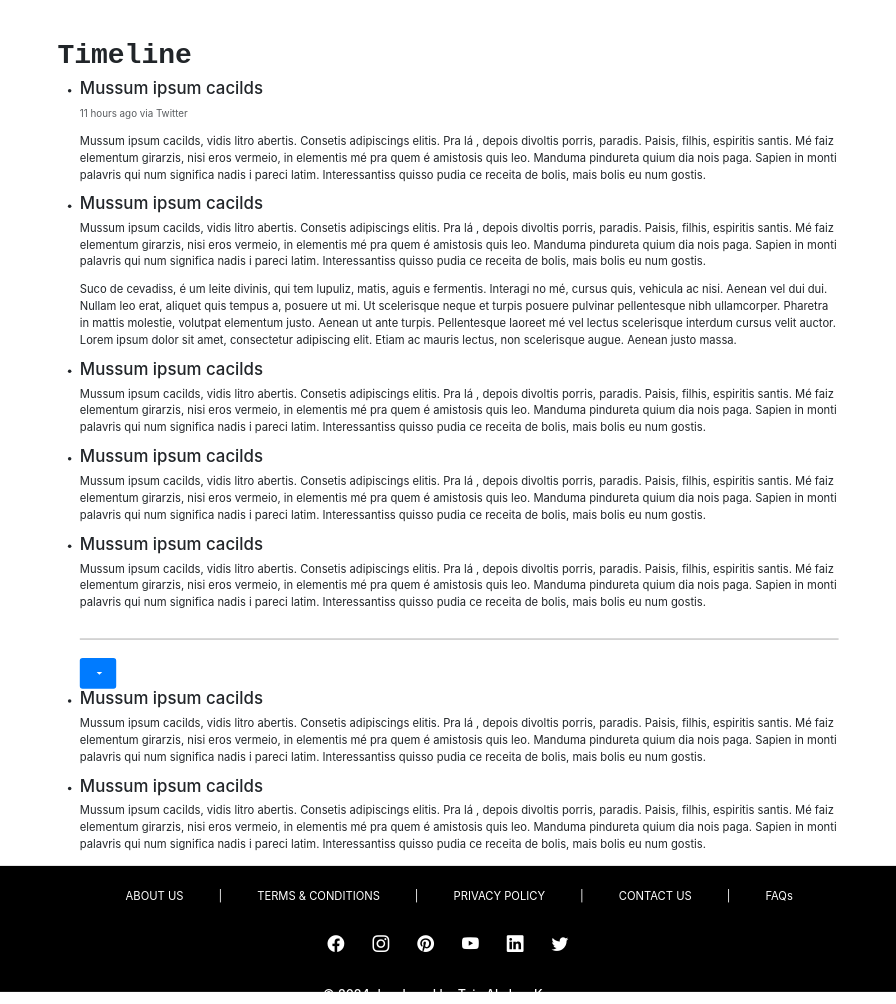
Repository: Tejaakshaykumar/MakeMyVita-Resume-Builder-Website
Page: / (app in frontend/)
These files come from the project's save history. The page is drawn as it stood at one moment and after the next save; the edit follows.
The browser window is 1280 px wide. The pictures show the part of the page from y = 0 to 1920 px (the page is 1434 px tall before and 2609 px after), at 70% of full size.
Some icons come from a web library that is not loaded, so they are not drawn. Some web fonts or font styles are not loaded; a fallback is used. Some web libraries are served in a nearby version. The project was rebuilt for these pictures with package versions that can differ from the ones it lists, and the page was loaded fresh each time. Also part of the build but not shown: frontend/src/App.css, frontend/src/containers/Navbar.js, frontend/src/containers/About.js, frontend/src/containers/Buildresume.js, frontend/src/containers/Images.js, frontend/src/containers/Features.js, frontend/src/containers/Review.js, frontend/src/containers/Trybox.js and 24 more.

Above is the page before, as saved 2024-06-16 23:15:17.

### frontend/public/index.html
<!DOCTYPE html>
<html lang="en">
  <head>
    <meta charset="utf-8" />
    <link rel="icon" href="../src/images/HubSpot Brand Kit (1)/Logo/JPEG/Favicon-32x32.jpeg" />
    <meta name="viewport" content="width=device-width, initial-scale=1" />
    <meta name="theme-color" content="#000000" />
    <meta
      name="description"
      content="Web site created using create-react-app"
    />
    <link rel="apple-touch-icon" href="../src/images/HubSpot Brand Kit (1)/Logo/JPEG/Favicon-32x32.jpeg" />
    <link rel="manifest" href="%PUBLIC_URL%/manifest.json" />
    <link rel="stylesheet" href="https://stackpath.bootstrapcdn.com/bootstrap/4.5.2/css/bootstrap.min.css">
  <link rel="stylesheet" href="https://stackpath.bootstrapcdn.com/font-awesome/4.7.0/css/font-awesome.min.css">
  <link href="https://cdn.jsdelivr.net/npm/bootstrap@5.3.3/dist/css/bootstrap.min.css" rel="stylesheet" integrity="sha384-QWTKZyjpPEjISv5WaRU9OFeRpok6YctnYmDr5pNlyT2bRjXh0JMhjY6hW+ALEwIH" crossorigin="anonymous">
  <link href="https://cdn.jsdelivr.net/npm/bootstrap-icons@1.7.2/font/bootstrap-icons.css" rel="stylesheet">
  <link rel="stylesheet" href="https://cdnjs.cloudflare.com/ajax/libs/bootstrap-icons/1.10.0/font/bootstrap-icons.min.css">
  <title>MakeMyVita</title>
  </head>
  <body>
    <noscript>You need to enable JavaScript to run this app.</noscript>
    <div id="root"></div>
  </body>
  <script src="https://cdn.jsdelivr.net/npm/bootstrap@5.3.3/dist/js/bootstrap.bundle.min.js" integrity="sha384-YvpcrYf0tY3lHB60NNkmXc5s9fDVZLESaAA55NDzOxhy9GkcIdslK1eN7N6jIeHz" crossorigin="anonymous"></script>
</html>

### frontend/src/containers/cont.css
/* navbar */
.custom-btn {
  color: white;
}
.custom-btn:hover {
  color: black;
  background-color: white;
}

.footer-container {
  height: 25vh;
  width: 100%;
  background-color: rgb(0, 0, 0);
  color: white;
  display: flex;
  flex-direction: column;
  align-items: center;
  /* padding-bottom: 3%; */
  /* justify-content: center; */
}

.footer-nav {
  display: flex;
  list-style: none;
  padding-top: 30px;
  margin: 0;
}

.footer-nav .nav-item {
  margin: 0 50px;
}

.footer-nav .nav-item .nav-link {
  color: white;
  text-decoration: none;
  /* text-transform: uppercase; */
  /* text-decoration: underline; */
}

.footer-nav .nav-item .nav-link:hover {
  text-decoration: underline;
}

.footer-copy {
  /* padding-top: 5%; */
  text-align: center;
  font-size: large;
  font-weight: 500;
  /* padding-bottom: 3%; */
}

.social-icons {
  display: flex;
  justify-content: center;
  gap: 40px;
  padding: 40px;
  /* background-color: #f0f0f0; */
}

.social-icons a {
  color: #ffffff;
  font-size: 24px;
  text-decoration: none;
}

.social-icons a:hover {
  color: #007bff;
}

/* Features */

.feature-component {
  height: 90vh;
  width: 100%;
  display: flex;
  justify-content: flex-start;
  flex-wrap: wrap;
  margin-top: 10%;
  padding-left: 8%;
  padding-right: 8%;
}
.feature {
  flex: 1 1 30%;
  box-sizing: border-box;
  padding: 20px;
  margin: 10px;
  text-align: center;
  background-color: #fff;
  border-radius: 8px;
  /* box-shadow: 0 4px 8px rgba(0, 0, 0, 0.1); */
}

.feature img {
  width: 60px;
  height:80px;
  margin-bottom: 10px;
}

.feature h3 {
  font-size: 1.5em;
  margin-bottom: 10px;
  font-weight: 500;
  font-family:'Franklin Gothic Medium', 'Arial Narrow', Arial, sans-serif;
}

.feature p {
  font-size: 1.3em;
  color: #666;
  font-weight: 400;
  font-family: 'Gill Sans', 'Gill Sans MT', Calibri, 'Trebuchet MS', sans-serif;
}

.feature:hover {
  background: linear-gradient(to right, #fd4908, #1e90ff);
  box-shadow: black;
  border-radius: 5%;
  color: rgb(255, 255, 255);
}

.feature:hover h3,
.feature:hover p {
  color: rgb(255, 255, 255);
}

/* About */
.resume-builder-container {
  display: flex;
  flex-direction: row;
  justify-content: space-between;
  align-items: center;
  padding: 10vh;
  /* background-color: #fff; */
  background: linear-gradient(to right, #84eefc, #ffffff, #ffffff);
  /* background:linear-gradient(to left, #00e1ff,#ffffff, #ffffff); */
  /* border: 1px solid #ddd; */
  /* border-radius: 8px; */
  /* box-shadow: 0 2px 4px rgba(0, 0, 0, 0.1); */
  height: 80vh;
}

.resume-builder-container1 {
  display: flex;
  flex-direction: row;
  justify-content: space-between;
  align-items: center;
  padding: 10vh;
  height: 80vh;
  background: linear-gradient(to top, #ffffff, #59CE8F,#E8F9FD, #ffffff);
}

/* .resume-builder-image {
    -webkit-mask-image: radial-gradient(circle, rgba(0, 0, 0, 1) 50%, rgba(0, 0, 0, 0) 90%);
    mask-image: radial-gradient(circle, rgba(0, 0, 0, 1) 50%, rgba(0, 0, 0, 0) 90%);
  }
   */
.resume-builder-content {
  max-width: 60%;
  padding: 10%;
}

.resume-builder-content1 {
  max-width: 70%;
  padding: 10%;
}

.resume-builder-content h1 {
  font-size: 4em;
  color: #333;
  margin-bottom: 10px;
  font-family: "Franklin Gothic Medium", "Arial Narrow", Arial, sans-serif;
  text-align: left;
}

.resume-builder-content p {
  font-size: 1.4em;
  font-weight: 400;
  color: #666;
  line-height: 1.5;
  margin-bottom: 20px;
  /* padding-left: 2%; */
  /* text-align: center; */
}

.resume-builder-content1 h1 {
  font-size: 4em;
  color: #333;
  margin-bottom: 10px;
  font-family: "Franklin Gothic Medium", "Arial Narrow", Arial, sans-serif;
  text-align: left;
}

.resume-builder-content1 p {
  font-size: 1.4em;
  font-weight: 400;
  color: #666;
  line-height: 1.5;
  margin-bottom: 20px;
  /* padding-left: 2%; */
  /* text-align: center; */
}

.aboutbutton {
  height: 6vh;
  width: 27%;
  margin-left: 20%;
  margin-top: 2%;
  text-align: center;
  font-weight: 500;
  border-radius: 7px;
  color: #ffffff;
  font-weight: 700;
  transition: background 0.3s ease;
  /* border-style:solid; */
  border-color: white;
  background: #3e14fc;
  box-shadow: 0 2px 6px rgba(24, 23, 23, 0.801);
  /* box-shadow: #3e14fc; */
}
.aboutbutton:hover {
  transition: background 0.3s ease;
  border-style: solid;
  background: linear-gradient(to right, #ffd000, #ff0000);
  box-shadow: #3e14fc;
}

.create-now-button {
  background-color: #00b0ff;
  color: #fff;
  border: none;
  padding: 10px 20px;
  font-size: 1em;
  border-radius: 5px;
  cursor: pointer;
}

.create-now-button:hover {
  background-color: #008cba;
}

.resume-builder-image {
  max-width: 40%;
}

.resume-builder-image img {
  max-width: 100%;
  height: auto;
  border-radius: 8px;
}

.text-gradient {
  background: linear-gradient(to right, #ff7f50, #1e90ff);
  -webkit-background-clip: text;
  -webkit-text-fill-color: transparent;
  background-clip: text;
  color: transparent;
}

.icon-container {
  width: 100%;
  height: 100px;
  overflow: hidden;
  white-space: nowrap;
  position: relative;
  background-color: #ffffff;
  padding-bottom: 25px;
}

.icons {
  display: inline-block;
  animation: moveIcons 40s linear infinite;
}

.icons img {
  font-size: 24px;
  margin: 0 15px; /* Add some margin between icons */
  color: #333;
  /* width: 100px; Adjust the size as needed */
  height: 50px;
}

@keyframes moveIcons {
  0% {
    transform: translateX(70%);
  }
  100% {
    transform: translateX(-100%);
  }
}

.try {
  height: 30vh;
  width: 100%;
  background-image: url("C:/Users/tejaa/Downloads/pexels-magda-ehlers-pexels-1279813.jpg");
  background-size: cover;
  align-items: center;
  display: flex;
  flex-direction: column;
  justify-content: center;
  margin-bottom: 7vh;
  margin-top: 5vh;
}

.try h2 {
  font-size: 280%;
  color: antiquewhite;
  text-shadow: 5px 5px 3px rgba(0, 0, 0, 0.3);
}
.try button {
  height: 4vh;
  width: 15%;
  font-weight: 700;
  border-radius: 5cm;
  color: blanchedalmond;
  border: #ffffff;
  background: linear-gradient(to right, #fd0808, #a51eff);
}

/* Review */
/* Styles for the main container */
/* Swiper specific styles */
/* #App {
  height: 100%;
}
html,
body {
  position: relative;
  height: 100%;
}

body {
  background: #eee;
  font-family: Helvetica Neue, Helvetica, Arial, sans-serif;
  font-size: 14px;
  color: #000;
  margin: 0;
  padding: 0;
} */
.swiper-container {
  /* position: relative; */
  height: 30vh;
  background: #ffffff;
  font-family: Helvetica Neue, Helvetica, Arial, sans-serif;
  font-size: 14px;
  color: #000;
  margin: 30px;
  padding: 10px;
  display: flex;
  flex-direction: row;
  justify-content: center;
}

.swiper {
  width: 100%;
  height: 100%;
}

.swiper-slide {
  text-align: center;
  font-size: 18px;
  background: #ffffff;
  display: flex;
  justify-content: center;
  align-items: center;
  padding-top: 20%;
  /* margin: 5%; */
}

.swiper-slide img {
  display: block;
  width: 100%;
  height: 100%;
  object-fit: cover;
}

.autoplay-progress {
  position: absolute;
  right: 16px;
  bottom: 16px;
  z-index: 10;
  width: 48px;
  height: 48px;
  display: flex;
  align-items: center;
  justify-content: center;
  font-weight: bold;
  color: var(--swiper-theme-color);
}

.autoplay-progress svg {
  --progress: 0;
  position: absolute;
  left: 0;
  top: 0px;
  z-index: 10;
  width: 100%;
  height: 100%;
  stroke-width: 4px;
  stroke: var(--swiper-theme-color);
  fill: none;
  stroke-dashoffset: calc(125.6px * (1 - var(--progress)));
  stroke-dasharray: 125.6;
  transform: rotate(-90deg);
}

/* howitworks */

### frontend/src/components/Step1Template.css
.step-container1 {
    margin-top: 50px;
    display: flex;
    flex-direction: column;
    text-align: center;
    /* align-items: end; */
    background:linear-gradient(to bottom,white,lightblue,rgb(255, 255, 255));
  }

  .step-container1 h2 {
    font-size: 5rem;
    font-family: 'Franklin Gothic Medium', 'Arial Narrow', Arial, sans-serif;
  }
  .search-box {
    align-self: self-end;
    padding: 40px 70px;
  }
  .template-list {
    display: flex;
    flex-wrap: wrap;
    gap: 10px;
    margin-top: 20px;
    padding: 20px 0;
  }

  .template-item {
    width: 20%;
    height: 55vh;
    border: 2px solid #d2daeb;
    border-radius: 5px;
    padding: 10px;
    text-align: center;
    cursor: pointer;
    margin: 0 40px;
    margin-bottom: 50px;
    background-color: #fff;
  }

  .template-item.selected {
    border-color: #007bff;
  }

  .template-item img {
    width: 100%;
    height: auto;
    display: block;
  }

  button {
    margin-top: 20px;
    padding: 10px 20px;
    background-color: #007bff;
    color: #fff;
    border: none;
    border-radius: 5px;
    cursor: pointer;
  }

  button:disabled {
    background-color: #ddd;
    cursor: not-allowed;
  }

### frontend/src/components/components.css
  /* Personal-details */
  .step-container-personal-details {
    padding: 20px;
    max-width: 800px;
    margin: 0 auto;
    background-color: #ffffff;
    border: 1px solid #ccc;
    border-radius: 8px;
  }

  h2 {
    text-align: center;
    margin-bottom: 20px;
    font-size: 3rem;
    font-family:'Franklin Gothic Medium', 'Arial Narrow', Arial, sans-serif ;
    font-weight: 300;
    color: #000000;

  }

  .step-container-personal-details form {
    display: flex;
    flex-direction: column;
  }

  .form-row {
    display: flex;
    justify-content: space-between;
    margin-bottom: 15px;
  }

  .form-group {
    flex: 1;
    margin-right: 10px;
  }

  .form-group:last-child {
    margin-right: 0;
  }

  label {
    display: block;
    margin-bottom: 5px;
    font-weight: bold;
  }

  input {
    width: 100%;
    padding: 10px;
    border: 1px solid #ccc;
    border-radius: 4px;
  }

  .buttons {
    display: flex;
    justify-content: space-between;
    margin-top: 20px;
    /* margin: 20px 20px; */
  }

  .buttons button {
    padding: 10px 20px;
    border: none;
    border-radius: 4px;
    background-color: #007bff;
    color: white;
    cursor: pointer;
    transition: background-color 0.3s;
  }

  .buttons button:hover {
    background-color: #0056b3;
  }

  .buttons button:disabled {
    background-color: #cccccc;
    cursor: not-allowed;
  }

  /* education-details */
  .step-container {
    padding: 20px;
    max-width: 800px;
    margin: 0 auto;
    background-color: #ffffff;
    border: 1px solid #ccc;
    border-radius: 8px;
  }

  .step-container h2 {
    text-align: center;
    margin-bottom: 20px;
    margin-top: 20px;
  }

  .step-container p {
    text-align: center;
    margin-bottom: 20px;
  }

  hr {
    margin-top: 40px;
    text-align: center;
    /* color: rgb(0, 0, 255); */
    border: 1px solid rgb(0, 0, 0);
  }

  .education-entry {
    margin-bottom: 20px;
    padding: 10px 50px;
  }

  .education-entry label {
    display: block;
    margin-top: 10px;
    font-weight: bold;
  }

  .education-entry input {
    width: 100%;
    padding: 10px;
    margin-top: 5px;
    border: 1px solid #ccc;
    border-radius: 4px;
  }

  button[type="button"] {
    margin-top: 10px;
    padding: 10px 20px;
    border: none;
    border-radius: 4px;
    background-color: #007bff;
    color: white;
    cursor: pointer;
    transition: background-color 0.3s;
  }

  button[type="button"]:hover {
    background-color: #0056b3;
  }

  .buttons {
    display: flex;
    justify-content: space-between;
    margin-top: 20px;
  }

  .buttons button {
    padding: 10px 20px;
    border: none;
    border-radius: 4px;
    background-color: #007bff;
    color: white;
    cursor: pointer;
    transition: background-color 0.3s;
  }

  .buttons button:hover {
    background-color: #0056b3;
  }

  .buttons button:disabled {
    background-color: #cccccc;
    cursor: not-allowed;
  }

  /* experience */
  .experience-entry {
    margin-bottom: 20px;
    padding: 10px 50px;
  }

  .experience-entry label {
    display: block;
    margin-top: 10px;
    font-weight: bold;
  }

  .experience-entry input {
    width: 100%;
    padding: 10px;
    margin-top: 5px;
    border: 1px solid #ccc;
    border-radius: 4px;
  }

  /* project-details */

  .project-entry {
    margin-bottom: 20px;
    padding: 10px 50px;
  }

  .project-entry label {
    display: block;
    margin-top: 10px;
    font-weight: bold;
  }

  .project-entry input {
    width: 100%;
    padding: 10px;
    margin-top: 5px;
    border: 1px solid #ccc;
    border-radius: 4px;
  }

  /* additional-sections */
  .additional-section {
    margin-bottom: 20px;
    padding: 10px 50px;
  }

  .additional-section h3 {
    margin-top: 20px;
    margin-bottom: 10px;
    font-weight: bold;
  }

  .additional-section input {
    width: 100%;
    padding: 10px;
    margin-top: 5px;
    margin-bottom: 10px;
    border: 1px solid #ccc;
    border-radius: 4px;
  }

  /* skills */

  .skills-section {
    margin-bottom: 20px;
    padding: 10px 50px;

  }

  .skills-section h3 {
    margin-top: 20px;
    margin-bottom: 10px;
    font-weight: bold;
  }

  .skills-section input {
    width: 100%;
    padding: 10px;
    margin-top: 5px;
    margin-bottom: 10px;
    border: 1px solid #ccc;
    border-radius: 4px;
  }

### frontend/src/templates/temp1.css


  .resume-container {
    display: flex;
    height: 11in;
    width: 8.5in;
    margin: 20px auto;
    background: #ffffff;
    box-shadow: 0 0 10px rgba(0, 0, 0, 0.1);
    flex-direction: row;
  }

  .left-panel {
    width: 28%;
    background: #c7cbcc;
    padding: 20px;
    box-sizing: border-box;
  }

  .right-panel {
    background: #ffffff;
    width: 72%;
    padding: 20px;
    box-sizing: border-box;
  }

  .profile-pic img {
    width: 150px;
    height: 150px;
    border-radius: 50%;
    object-fit: cover;
    display:block;
    margin: 0 auto 20px;
  }

  h3 {
    font-family:  monospace;
    /* font-size: medium; */
  }

  h1, h2 {
    margin-top: 5%;
    font-family:  monospace;
    font-weight: 700;
  }
  .contact-info, .education, .skills {
    margin-bottom: 20px;
  }

  .contact-info h2, .education h2, .skills h2 {
    font-size: 1.2em;
    border-bottom: 2px solid #ccc;
    padding-bottom: 2px;
    margin-bottom: 10px;
  }

  .contact-info p, .education p, .skills ul {
    margin: 0;
    font-size: small;
    font-family:Cambria, Cochin, Georgia, Times, 'Times New Roman', serif;
  }

  .skills ul {
    /* list-style: none; */
    padding-left: 10%;
  }

  .skills ul li {
    background: #d0d4d5;
    margin-bottom: 5px;
    padding: 2px;
    border-radius: 3px;
  }

  .right-panel h1 {
    font-size: 2em;
  }

  .right-panel h2 {
    font-size: 1.5em;
    margin-bottom: 10px;
  }

  .profile, .experience {
    margin-bottom: 20px;
  }

  .experience h3 {
    margin-top: 0;
  }

  .experience ul {
    list-style-type: disc;
    margin-left: 20px;
    font-size: small;
    font-family:Arial, Helvetica, sans-serif;
  }

### frontend/src/templates/temp2.css
.resume {
    font-family:'Times New Roman', Times, serif;
    margin: 0 auto;
    height: 11in;
    width: 8.5in;
    padding: 20px 50px;
    background-color: rgb(255, 255, 255);
    font-size: 0.8rem;
  }

  .header {
    display: flex;
    flex-direction: row;
    height: 12vh;
  }

  .top-left {
    display: flex;
    flex-direction: row;
    width: 60%;
  }

  .header p {
    margin: 0;
  }

  .image img{
    width: 80%;
  }

  .myself {
    width: 85%;
    padding-top: 20px;
    text-align: left;
  }

  .myself h1 {
    font-size: 1.2rem;
    font-weight: 500;
  }

  .top-right {
    margin-top: 10px;
    text-align: end;
    width: 40%;
  }



  .section {
    margin-bottom: 20px;
  }

  .section h2 {
    border-bottom: 2px solid #000;
    /* padding-bottom: 5px; */
    font-size: 1.2rem;
    font-weight: 600;
  }

  .edu {
    display: flex;
    flex-direction: row;
    margin: 0px;
  }

  .l {
    text-align: left;
    width: 70%;
  }

  .r {
    text-align: right;
    width: 30%;
    margin: 0 0 0px 0;
  }

  .r p {
    margin: 0px 0px 0px 0px;
  }

  li {
    padding:0;
  }

Loaded but not shown: frontend/src/index.js (common file); frontend/src/index.css (common file); frontend/src/reportWebVitals.js (common file); frontend/src/containers/Howitworks.js (199 lines, source omitted); frontend/src/App.js (186 lines, source omitted); frontend/src/containers/Foot.js (64 lines, source omitted); frontend/src/pages/pagestyles.css (707 lines, source omitted); frontend/src/components/Roadmap.css (231 lines, source omitted)

After the next save:
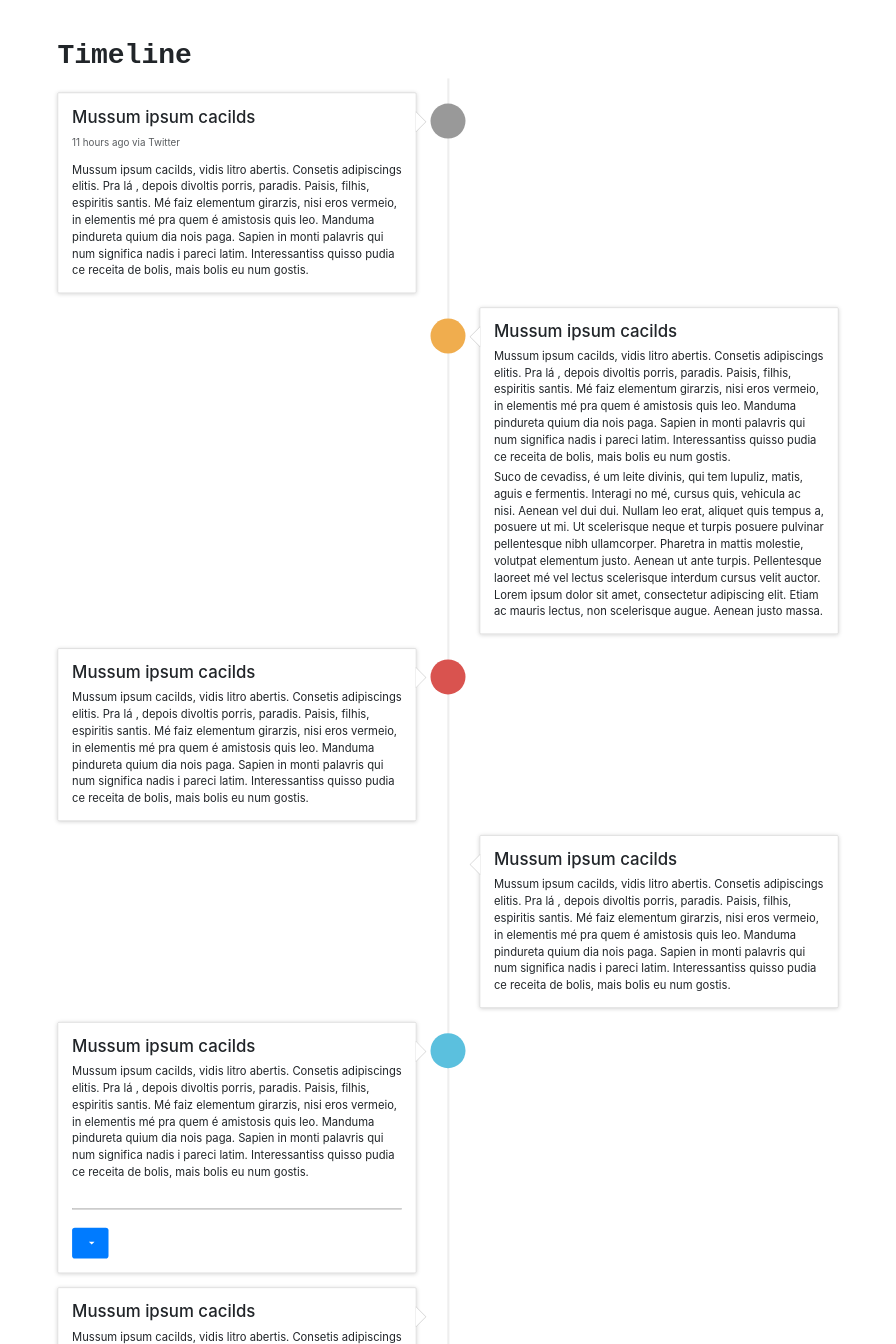
Saved 11 s later.
--- a/frontend/src/containers/cont.css
+++ b/frontend/src/containers/cont.css
@@ -403,3 +403,129 @@ body {
 }
 
 /* howitworks */
+.timeline {
+  list-style: none;
+  padding: 20px 0 20px;
+  position: relative;
+}
+.timeline:before {
+  top: 0;
+  bottom: 0;
+  position: absolute;
+  content: " ";
+  width: 3px;
+  background-color: #eeeeee;
+  left: 50%;
+  margin-left: -1.5px;
+}
+.timeline > li {
+  margin-bottom: 20px;
+  position: relative;
+}
+.timeline > li:before,
+.timeline > li:after {
+  content: " ";
+  display: table;
+}
+.timeline > li:after {
+  clear: both;
+}
+.timeline > li:before,
+.timeline > li:after {
+  content: " ";
+  display: table;
+}
+.timeline > li:after {
+  clear: both;
+}
+.timeline > li > .timeline-panel {
+  width: 46%;
+  float: left;
+  border: 1px solid #d4d4d4;
+  border-radius: 2px;
+  padding: 20px;
+  position: relative;
+  -webkit-box-shadow: 0 1px 6px rgba(0, 0, 0, 0.175);
+  box-shadow: 0 1px 6px rgba(0, 0, 0, 0.175);
+}
+.timeline > li > .timeline-panel:before {
+  position: absolute;
+  top: 26px;
+  right: -15px;
+  display: inline-block;
+  border-top: 15px solid transparent;
+  border-left: 15px solid #ccc;
+  border-right: 0 solid #ccc;
+  border-bottom: 15px solid transparent;
+  content: " ";
+}
+.timeline > li > .timeline-panel:after {
+  position: absolute;
+  top: 27px;
+  right: -14px;
+  display: inline-block;
+  border-top: 14px solid transparent;
+  border-left: 14px solid #fff;
+  border-right: 0 solid #fff;
+  border-bottom: 14px solid transparent;
+  content: " ";
+}
+.timeline > li > .timeline-badge {
+  color: #fff;
+  width: 50px;
+  height: 50px;
+  line-height: 50px;
+  font-size: 1.4em;
+  text-align: center;
+  position: absolute;
+  top: 16px;
+  left: 50%;
+  margin-left: -25px;
+  background-color: #999999;
+  z-index: 100;
+  border-top-right-radius: 50%;
+  border-top-left-radius: 50%;
+  border-bottom-right-radius: 50%;
+  border-bottom-left-radius: 50%;
+}
+.timeline > li.timeline-inverted > .timeline-panel {
+  float: right;
+}
+.timeline > li.timeline-inverted > .timeline-panel:before {
+  border-left-width: 0;
+  border-right-width: 15px;
+  left: -15px;
+  right: auto;
+}
+.timeline > li.timeline-inverted > .timeline-panel:after {
+  border-left-width: 0;
+  border-right-width: 14px;
+  left: -14px;
+  right: auto;
+}
+.timeline-badge.primary {
+  background-color: #2e6da4 !important;
+}
+.timeline-badge.success {
+  background-color: #3f903f !important;
+}
+.timeline-badge.warning {
+  background-color: #f0ad4e !important;
+}
+.timeline-badge.danger {
+  background-color: #d9534f !important;
+}
+.timeline-badge.info {
+  background-color: #5bc0de !important;
+}
+.timeline-title {
+  margin-top: 0;
+  color: inherit;
+}
+.timeline-body > p,
+.timeline-body > ul {
+  margin-bottom: 0;
+}
+.timeline-body > p + p {
+  margin-top: 5px;
+}
